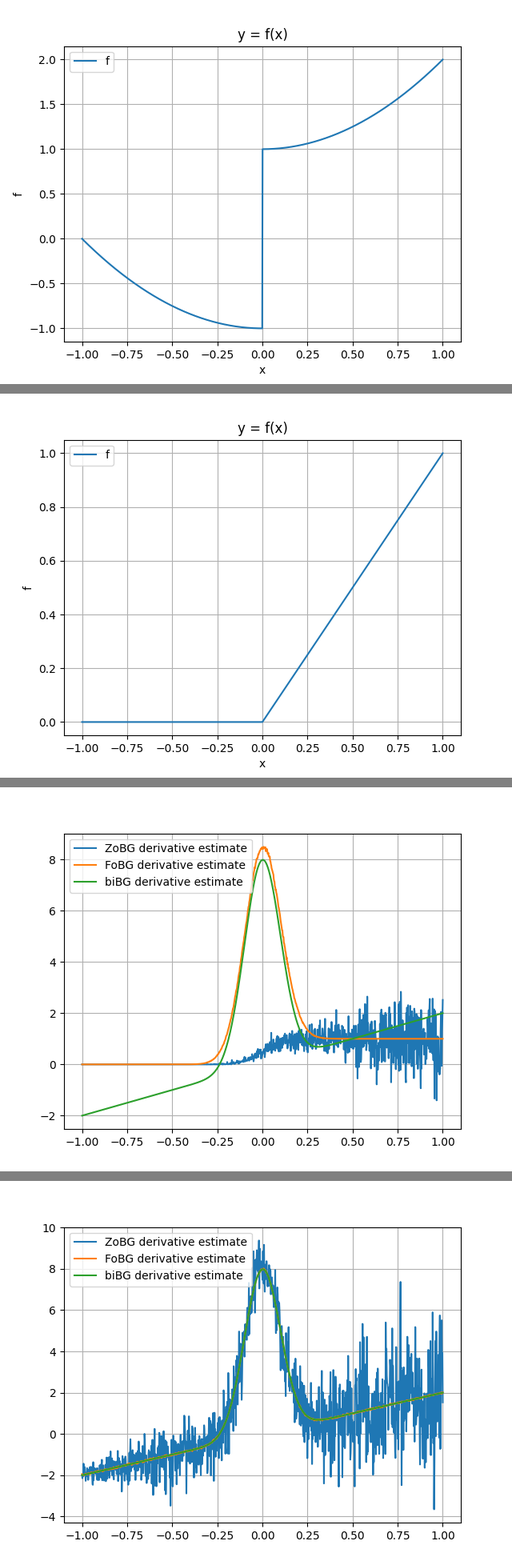
Repository: oomcth/Gradient-smoothing
Script's output: python test.py
These files come from the project's save history. The script's output is drawn as it stood at one moment and after a run of saves; the edit follows.
The pictures are shown at 80% of full size.
Each picture stacks the figures in order, with grey between them; figures that are only written to a file come last. Random numbers start from a fixed seed.

Above is the script's output before, as saved 2025-11-23 12:33:11.

### test.py
import numpy as np
import matplotlib.pyplot as plt

rng = np.random.default_rng()
sigma = 0.1
t = 0.1


def coulomb_friction(x):
    return x**2 + (-1 if x < 0 else 1)


def smoothed_coulomb_friction(x, t):
    assert t > 0
    return x**2 + (-1 if x < -t / 2 else 1 if x > t / 2 else 2 * x / t)


def ReLU(x):
    return np.maximum(x, 0)


def visualize(f):
    xs = np.linspace(-1, 1, 1000)
    y = np.array([f(x) for x in xs])

    plt.plot(xs, y, label="f")

    plt.legend()
    plt.xlabel("x")
    plt.ylabel("f")
    plt.title("y = f(x)")
    plt.grid(True)
    plt.show()


def gaussian_pdf(x, mu=0.0, sigma=1.0):
    return 1.0 / (np.sqrt(2 * np.pi) * sigma) * np.exp(-0.5 * ((x - mu) / sigma) ** 2)


def zo_gradient(f, x, M=100):
    x = np.array([x], dtype=np.float64)
    omegas = np.random.normal(loc=0, scale=sigma, size=M)
    xs = x + omegas
    fx = np.array([f(xi) for xi in xs])
    glp = -omegas / (sigma**2)
    return -(fx * glp).sum(axis=0) / M


def fo_gradient(f, x, M=100):
    x = np.array([x], dtype=np.float64)
    omegas = np.random.normal(loc=0, scale=sigma, size=M)
    xs = x + omegas
    if f == coulomb_friction:
        grads = 2 * xs
    elif f == ReLU:
        grads = xs >= 0
    return grads.mean() + 2 * gaussian_pdf(-x, mu=0, sigma=sigma)


def bi_gradient(f, x, M=100):
    x = np.array([x], dtype=np.float64)
    grads = 2 * x
    return grads.mean() + 2 * gaussian_pdf(-x, mu=0, sigma=sigma)


def visualize_derivatives(f):
    x = np.linspace(-1, 1, 1000)

    y1 = np.array([zo_gradient(f, l, M=100) for l in x])
    y2 = np.array([fo_gradient(f, l, M=100) for l in x])
    y3 = np.array([bi_gradient(f, l, M=100) for l in x])

    plt.plot(x, y1, label="ZoBG derivative estimate")
    plt.plot(x, y2, label="FoBG derivative estimate")
    plt.plot(x, y3, label="biBG derivative estimate")
    plt.legend()
    plt.grid(True)
    plt.show()


visualize(coulomb_friction)
visualize(ReLU)
visualize_derivatives(ReLU)
visualize_derivatives(coulomb_friction)

After the next 4 saves:
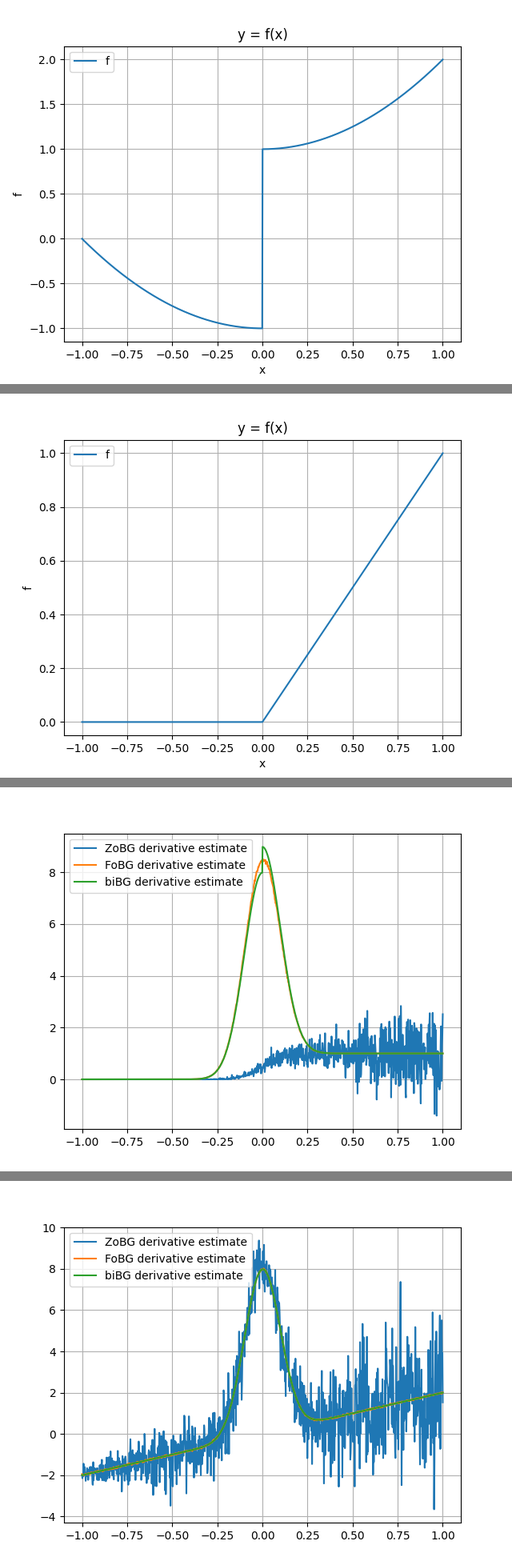
The 4 saves are shown as one change because they came seconds apart.
The last was saved 21 s later.
--- a/test.py
+++ b/test.py
@@ -59,7 +59,11 @@ def fo_gradient(f, x, M=100):
 
 def bi_gradient(f, x, M=100):
     x = np.array([x], dtype=np.float64)
-    grads = 2 * x
+    if f == coulomb_friction:
+        grads = 2 * x
+    elif f == ReLU:
+        grads = x >= 0
+
     return grads.mean() + 2 * gaussian_pdf(-x, mu=0, sigma=sigma)
 
 
